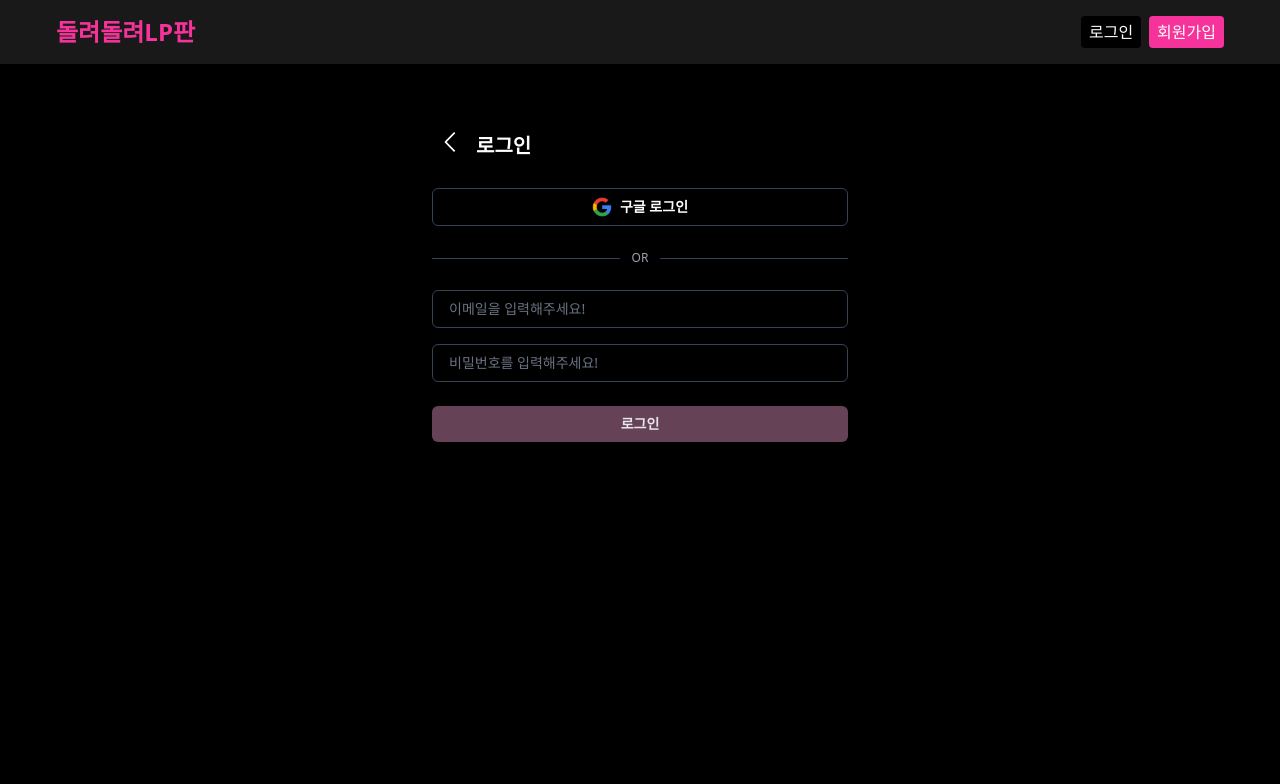
Repository: DSWU-UMC-9th/UMC-9th-Yeon
Page: /login (app in week4/)
An editor plug-in stored every save of this project. The page is shown before and after the next save, followed by the edit.
The browser window is 1280 px wide. The pictures show the whole page.
The project was rebuilt for these pictures with package versions that can differ from the ones it lists, and the page was loaded fresh each time. Also part of the build but not shown: week4/vite.config.ts, week4/src/api/tmdb.ts, week4/src/components/MovieCard.tsx, week4/src/components/Spinner.tsx, week4/src/components/Pager.tsx, week4/src/hooks/useMovies.ts, week4/src/pages/Home.tsx, week4/src/pages/Popular.tsx and 4 more.

Above is the page before, as saved 2025-11-04 23:08:31.

After the next save:
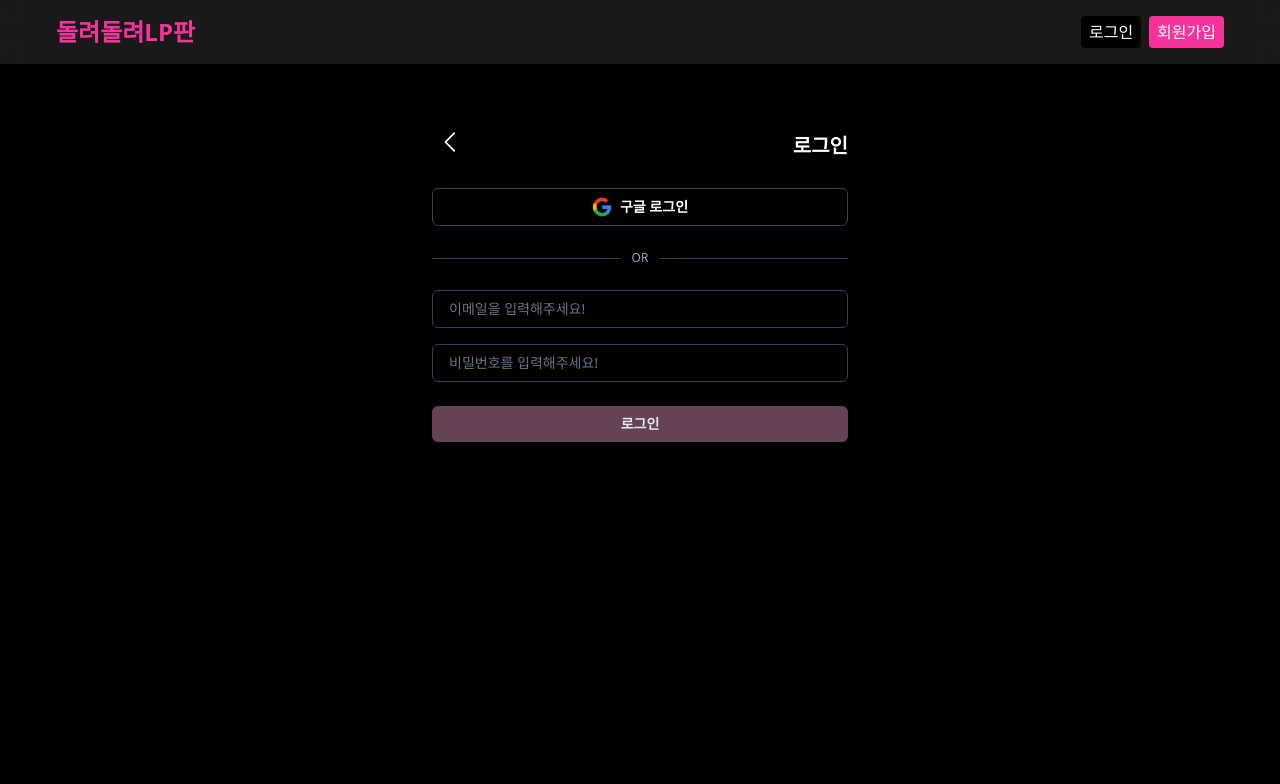
Saved 10 s later.
--- a/week4/src/pages/Login.tsx
+++ b/week4/src/pages/Login.tsx
@@ -42,7 +42,7 @@
     <div className="min-h-screen bg-black text-white">
       <div className="mx-auto flex max-w-md flex-col gap-6 px-4 py-16">
         {/* 뒤로가기 */}
-        <div className="flex items-center">
+        <div className="flex items-center justify-between">
           <button
             onClick={() => navigate(-1)}
             className="mb-2 w-fit rounded-md px-2 py-1 text-sm text-gray-300 hover:bg-gray-800"

After the save that followed:
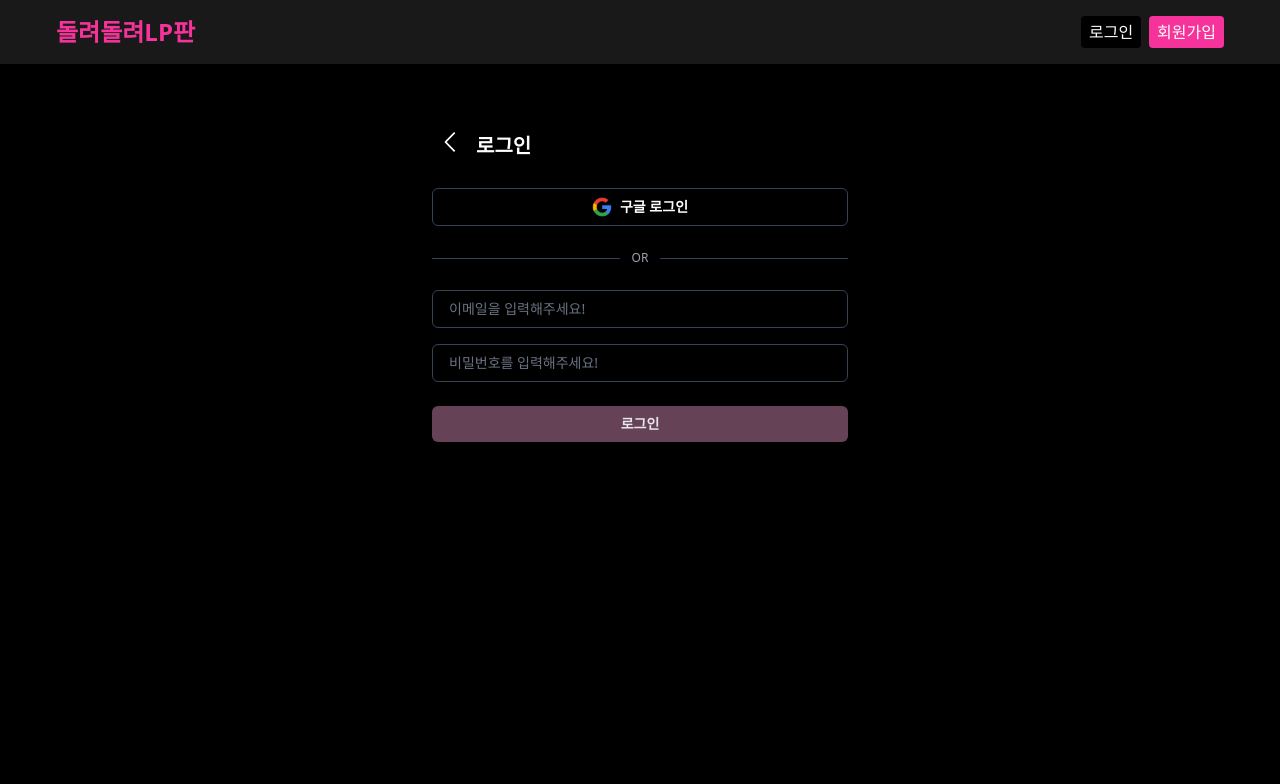
Saved 17 s later.
--- a/week4/src/pages/Login.tsx
+++ b/week4/src/pages/Login.tsx
@@ -42,7 +42,7 @@
     <div className="min-h-screen bg-black text-white">
       <div className="mx-auto flex max-w-md flex-col gap-6 px-4 py-16">
         {/* 뒤로가기 */}
-        <div className="flex items-center justify-between">
+        <div className="flex items-center">
           <button
             onClick={() => navigate(-1)}
             className="mb-2 w-fit rounded-md px-2 py-1 text-sm text-gray-300 hover:bg-gray-800"
@@ -50,9 +50,8 @@
           >
             <img src={backLogo} alt="back" className="mr-2 h-5 w-5" />
           </button>
-          <div className="itmes-center">
-            <h1 className="text-center text-xl font-semibold">로그인</h1>
-          </div>
+
+          <h1 className="text-center text-xl font-semibold">로그인</h1>
         </div>
 
         {/* 구글 로그인 */}
